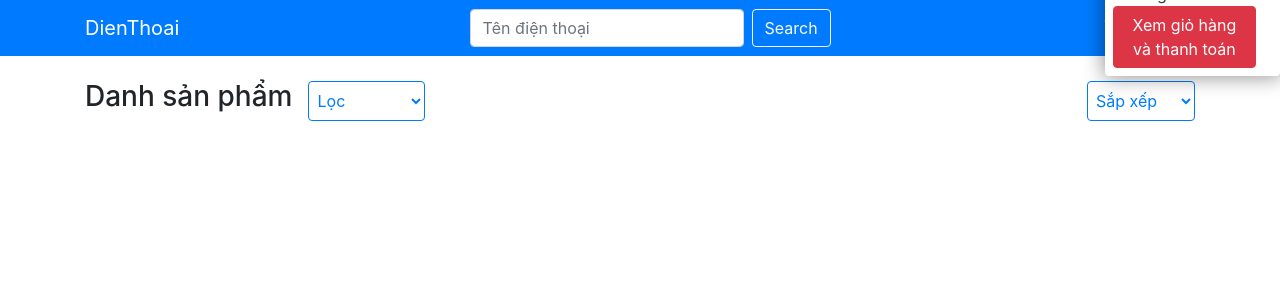
Repository: dovanthao2404/BC14_Bai_Tap_Ban_Dien_Thoai_dovanthao
Page: app/views/index.html
These files come from the project's save history. The page is drawn as it stood at one moment and after the next save; the edit follows.
The browser window is 1280 px wide. The pictures show the whole page.
Some web libraries are served in a nearby version. The style sheet was rebuilt from its Sass, Less or Tailwind sources for each picture, by a compiler version that may differ from the author's.

Above is the page before, as saved 2021-08-14 16:45:14.
Console error (its wording comes from the project's code and is left out).

After the next save:
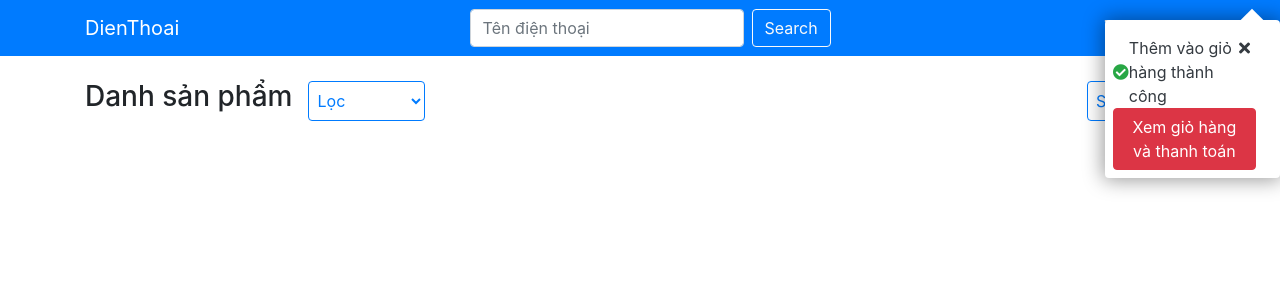
Saved 11 s later.
--- a/assets/scss/main.scss
+++ b/assets/scss/main.scss
@@ -22,7 +22,7 @@
 }
 .notifiSuccess {
   position: absolute;
-  bottom: -20px;
+  top: 20px;
   box-shadow: 0 0 20px 2px rgba(0, 0, 0, 0.4);
   &:before {
     content: "";
